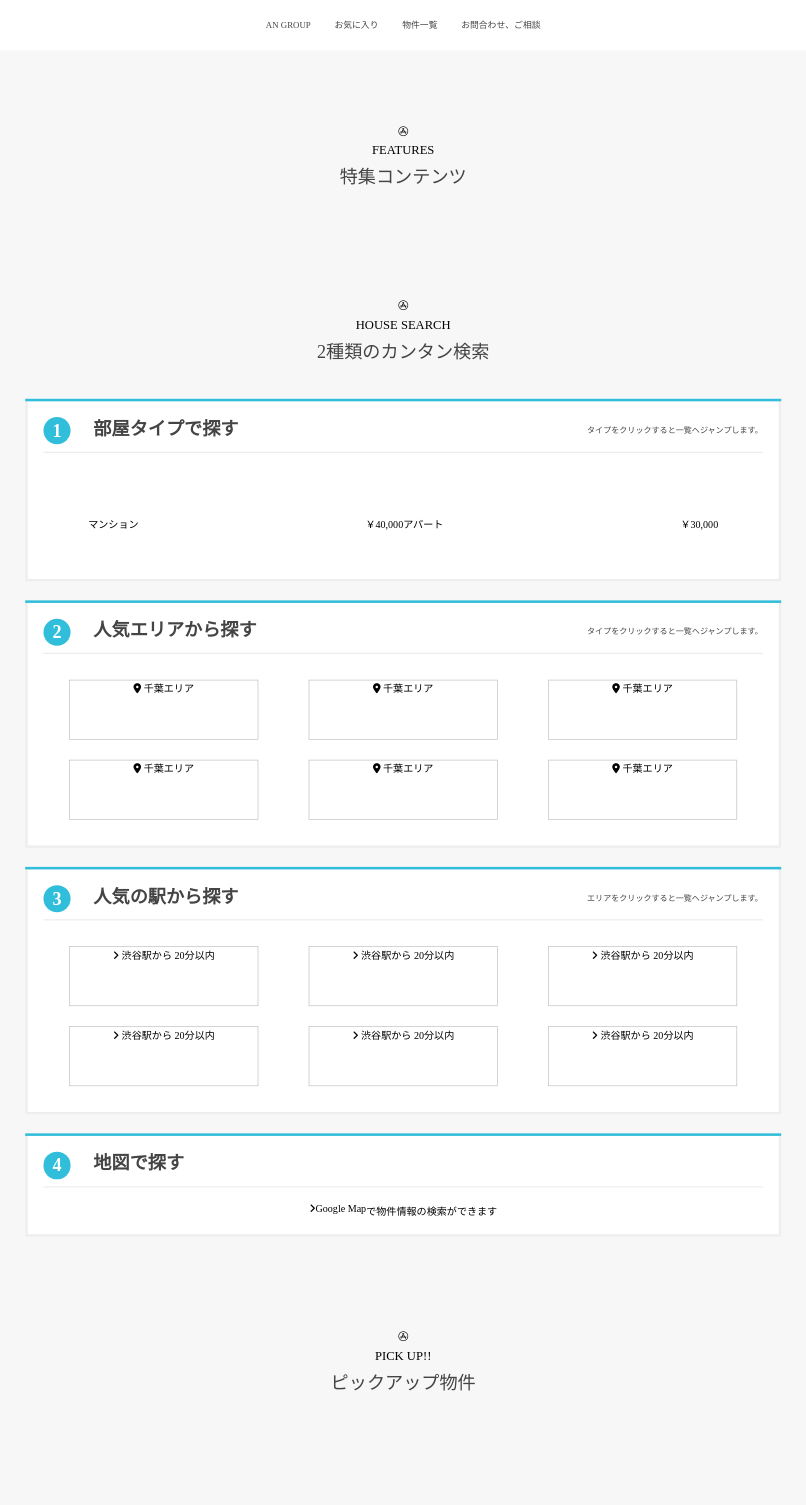
Repository: ninhdavid/real-estate
Page: index.html
The author's editor kept a copy of each file at every save. The page is drawn from the files as they stood at one save, then again after the next save.
The browser window is 1280 px wide. The pictures show the whole page, at 63% of full size.
Some web libraries are served in a nearby version. The style sheet was rebuilt from its Sass, Less or Tailwind sources for each picture, by a compiler version that may differ from the author's.

Above is the page before, as saved 2022-05-13 22:27:44.

### index.html
<!DOCTYPE html>
<html lang="en">

<head>
    <meta charset="UTF-8">
    <meta http-equiv="X-UA-Compatible" content="IE=edge">
    <meta name="viewport" content="width=device-width, initial-scale=1.0">
    <link rel="stylesheet" href="css/main.css">
    <script src="https://kit.fontawesome.com/691ec27588.js" crossorigin="anonymous"></script>
    <title>Document</title>
</head>

<body>
    <div class="main-container">
        <div class="header">
            <div class="img-header"></div>
        </div>
        <div class="main-nav">
            <ul id="nav">
                <li><a class="nav-img" href="#">
                        <!-- <img src="./asset/img/logo/logo-edited.png" alt=""> -->
                        AN GROUP
                    </a></li>
                <li><a href="#">お気に入り</a></li>
                <li><a href="#">物件一覧</a></li>
                <li><a href="#">お問合わせ、ご相談</a></li>
            </ul>
        </div>
        <div class="content">
            <div class="content-section">
                <div class="title-section">
                    <i class="fa-brands fa-app-store"></i>
                    <p>FEATURES</p>
                    <p>特集コンテンツ</p>
                </div>
                <div id="slider"> </div>
            </div>
            <div class="content-section search-section">
                <div class="title-section">
                    <i class="fa-brands fa-app-store"></i>
                    <p>HOUSE SEARCH</p>
                    <p>2種類のカンタン検索</p>
                </div>
                <div class="content-area">
                    <div class="content-box">
                        <div class="title-area">
                            <h3>
                                <span>1</span>
                                部屋タイプで探す
                            </h3>
                            <p>タイプをクリックすると一覧へジャンプします。</p>
                        </div>
                        <div class="type-list">
                            <div class="type-list-des">
                                <div class="list-bg"></div>
                                <p class="list-title">マンション</p>
                                <p class="list-price">￥40,000</p>
                            </div>
                            <div class="type-list-des">
                                <div class="list-bg"></div>
                                <p class="list-title">アパート</p>
                                <p class="list-price">￥30,000</p>
                            </div>
                        </div>
                    </div>
                    <div class="content-box">
                        <div class="title-area">
                            <h3>
                                <span>2</span>
                                人気エリアから探す
                            </h3>
                            <p>タイプをクリックすると一覧へジャンプします。</p>
                        </div>
                        <div class="type-list location-list">
                            <div class="type-list-des location-des">
                                <i class="fa-solid fa-location-dot"></i>
                                <p>千葉エリア</p>
                            </div>
                            <div class="type-list-des location-des">
                                <i class="fa-solid fa-location-dot"></i>
                                <p>千葉エリア</p>
                            </div>
                            <div class="type-list-des location-des">
                                <i class="fa-solid fa-location-dot"></i>
                                <p>千葉エリア</p>
                            </div>
                            <div class="type-list-des location-des">
                                <i class="fa-solid fa-location-dot"></i>
                                <p>千葉エリア</p>
                            </div>
                            <div class="type-list-des location-des">
                                <i class="fa-solid fa-location-dot"></i>
                                <p>千葉エリア</p>
                            </div>
                            <div class="type-list-des location-des">
                                <i class="fa-solid fa-location-dot"></i>
                                <p>千葉エリア</p>
                            </div>
                        </div>
                    </div>
                    <div class="content-box">
                        <div class="title-area">
                            <h3>
                                <span>3</span>
                                人気の駅から探す
                            </h3>
                            <p>エリアをクリックすると一覧へジャンプします。</p>
                        </div>
                        <div class="type-list station-list">
                            <div class="type-list-des station-des">
                                <i class="fa-solid fa-angle-right"></i>
                                <p>渋谷駅から</p>
                                <p>20分以内</p>
                            </div>
                            <div class="type-list-des station-des">
                                <i class="fa-solid fa-angle-right"></i>
                                <p>渋谷駅から</p>
                                <p>20分以内</p>
                            </div>
                            <div class="type-list-des station-des">
                                <i class="fa-solid fa-angle-right"></i>
                                <p>渋谷駅から</p>
                                <p>20分以内</p>
                            </div>
                            <div class="type-list-des station-des">
                                <i class="fa-solid fa-angle-right"></i>
                                <p>渋谷駅から</p>
                                <p>20分以内</p>
                            </div>
                            <div class="type-list-des station-des">
                                <i class="fa-solid fa-angle-right"></i>
                                <p>渋谷駅から</p>
                                <p>20分以内</p>
                            </div>
                            <div class="type-list-des station-des">
                                <i class="fa-solid fa-angle-right"></i>
                                <p>渋谷駅から</p>
                                <p>20分以内</p>
                            </div>
                        </div>
                    </div>
                    <div class="content-box">
                        <div class="title-area">
                            <h3>
                                <span>4</span>
                                地図で探す
                            </h3>
                        </div>
                        <div class="type-list map-list">
                            <i class="fa-solid fa-angle-right"></i>
                            <p>Google Map</p>
                            <p>で物件情報の検索ができます</p>
                        </div>
                    </div>
                </div>
            </div>
            <div class="content-section">
                <div class="title-section">
                    <i class="fa-brands fa-app-store"></i>
                    <p>PICK UP!!</p>
                    <p>ピックアップ物件</p>
                </div>
                <div></div>
            </div>
        </div>

    </div>



</body>
<script src="asset/java-script/chat-online.js"></script>

</html>

### css/main.scss


*{
    padding: 0;
    margin: 0;
    box-sizing: border-box;
}

.main-nav{
    // height: 85px;
    background-color: #fff;
    width: 100%;
    z-index:10;
    height: 5em;
    text-align: center;
}
#nav{
    display:inline-block;
}
#nav,
.subnav {
    list-style-type: none;
}
#nav > li{
    display:inline-block;
}
#nav  li{
    position: relative;
    top:11px;
}
#nav li a{
    display: block;
    text-decoration: none;
    line-height: 24px;
    font-size: 14px;
    padding: 1.2em;
}
#nav>li>a{
    color: rgb(68,68,68);
    text-transform: uppercase;
}
// .nav-img{
//     background-image: url("/asset/img/logo/logo-edited.png");
//     height:80px;
//     width: 100px;
//     padding: 5px 0;
//     background-position: center; /* Center the image */
//     background-repeat: no-repeat; /* Do not repeat the image */
//     background-size: cover;
// }
.content{
    background-color: #f7f7f7;
    padding: 60px 5px;
}
.content-section{
    display: block;
    text-align: center;
    padding:60px 0;
}
.title-section{

}
.search-section{

}
.title-section i {

}
.tittle-section p{
    font-weight: bold;
}
.title-section>p:nth-of-type(1){
    font-size: 1.25em;
    line-height: 1;
    padding: 10px 0;
}
.title-section p:nth-of-type(2){
    font-size: 1.8em;
    // font-size: 32px;
    color: #444444;
    padding-bottom: 2em;
}
.content-area{
    width: 1200px;
    margin: 0 auto;
}

.content-box{
    // display:relative;
    width: 100%;
    padding: 25px;
    border: 4px solid #eeeeee;
    position: relative;
    margin-bottom:30px;
    background-color: #fff;
}
.content-box:before{
    content: "";
    display: block;
    position: absolute;
    left: -4px;
    top: -4px;
    width: calc(100% + 8px);
    height: 4px;
    background-color: #30bedb;
}
.content-box p {
    display: inline-block;
}
.title-area{
    display:flex;
    justify-content:space-between;
    // font-size: 1.8em;
    line-height: 1.2;
    text-align: center;
    align-items:center;
    padding-bottom: 0.7em;
    border-bottom: 2px solid #eeeeee;
}
.title-area h3{
    font-size: 1.8em;
    color: #444444;
}
.title-area>h3>span{
    width: 1.5em;
    line-height: 1.5em;
    background-color: #30bedb;
    color: #fff;
    display:inline-block;
    vertical-align: middle;
    margin-right: 1em;
    // font-size: 1.6428571429em;
    // font-size: 1.17em;
    font-weight: bold;
    text-align: center;
    border-radius: 50% 50% 50% 50%;
}
.title-area>p{
    font-size: 0.8em;
    color: #444444;
}
.type-list{
    padding: 25px 25px 0px 25px;
    display:flex;
    flex-wrap: wrap;
    flex-direction:row;
    justify-content: center;
}
.type-list-des{
    width: 500px;
    height:150px;
    position: relative;
}
.list-bg{
    position: absolute;
    background: no-repeat center center / cover;
    transition: all 0.3s ease;
    background-color: red;
}
.list-title{
    position:absolute;
    left: 0;
    top: 50%;
}
.list-price{
    position:absolute;
    right: 0;
    top: 50%;
}
.location-list{
    display: flex;
    justify-content:space-between;
}
.location-des{
    border:1px solid #bbbbbb;
    height:95px;
    width:300px;
    margin: 1em;
}
.station-list{
    display: flex;
    justify-content:space-between;
}
.station-des{
    border:1px solid #bbbbbb;
    height:95px;
    width:300px;
    margin: 1em;
}

.map-list{
    display: flex;
}

Loaded but not shown: asset/java-script/chat-online.js (no stored copy; drawn as an empty file)

After the next save:
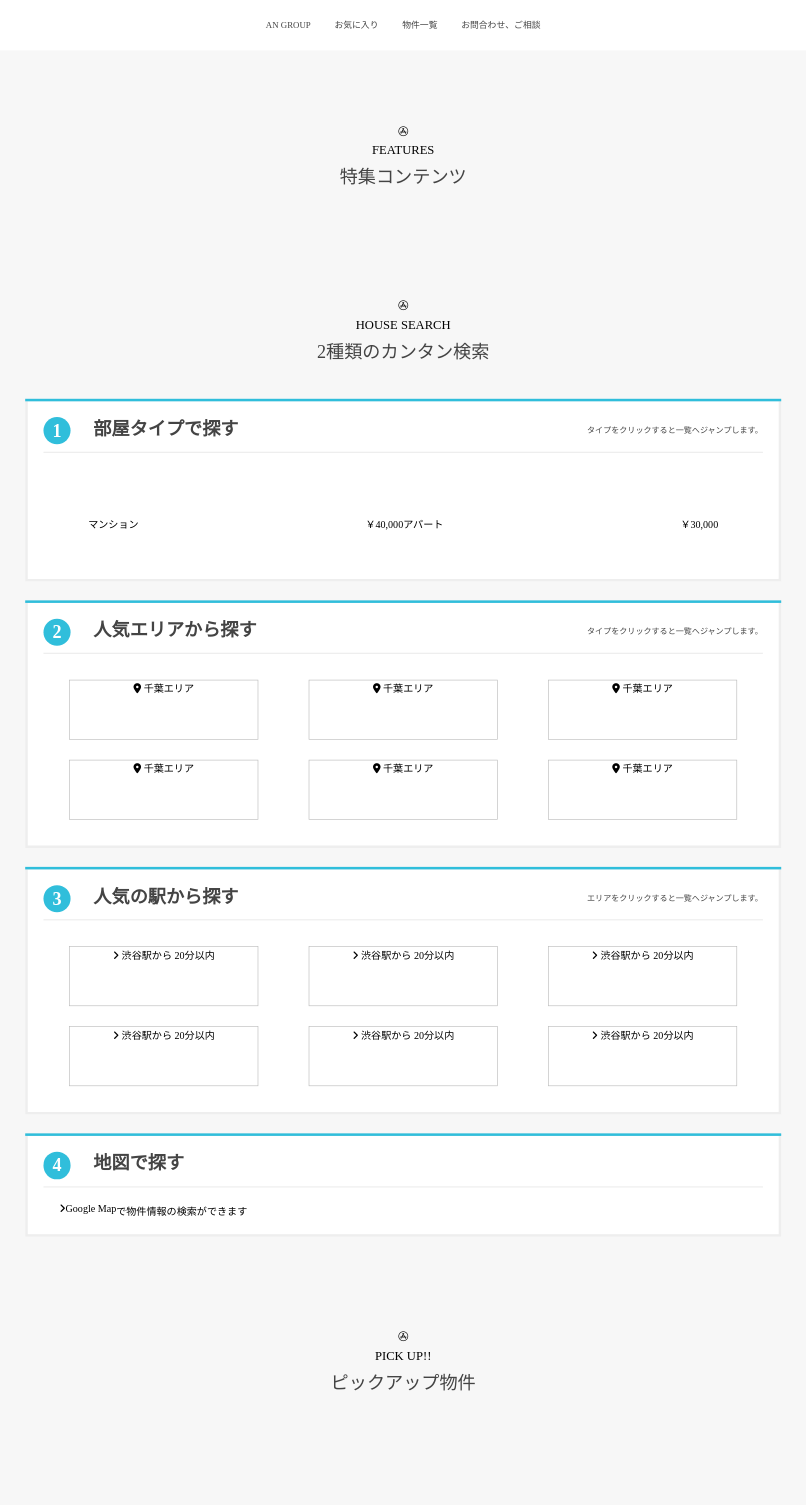
Saved 14 s later.
--- a/css/main.scss
+++ b/css/main.scss
@@ -190,4 +190,5 @@
 
 .map-list{
     display: flex;
+    justify-content:flex-start;
 }
